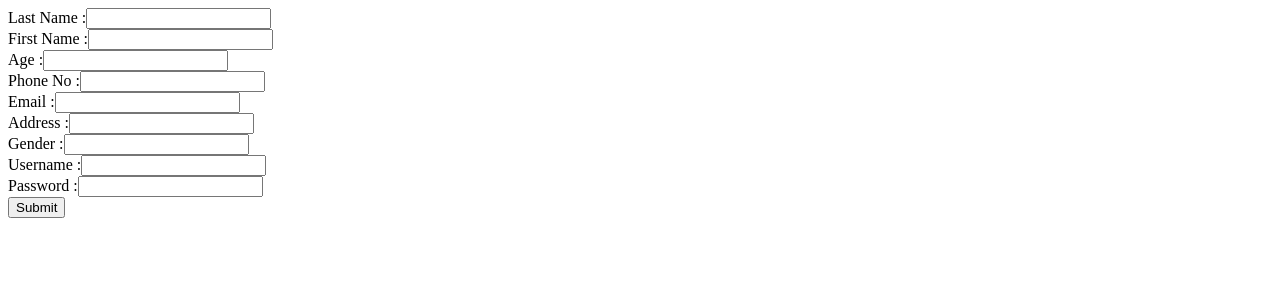
Repository: shivambhat45/Tour-Booking
Page: http://localhost/booking
An editor plug-in stored every save of this project. The page is shown before and after the next save, followed by the edit.
The browser window is 1280 px wide. The pictures show the whole page.
The page is this project's Thymeleaf template; nobody is signed in. The template is opened directly, without the code that normally fills it, so the values that code supplies are empty.

Above is the page before, as saved 2022-10-28 09:02:04.

After the next save:
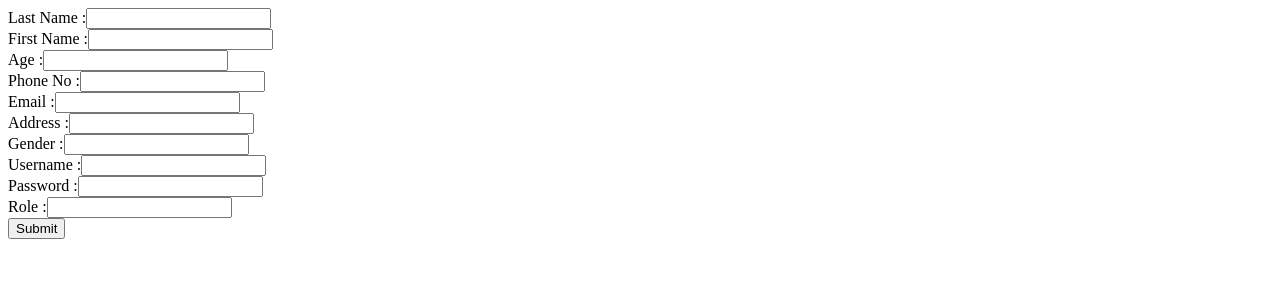
Saved 32 s later.
--- a/frontend-ui/src/main/resources/templates/booking.html
+++ b/frontend-ui/src/main/resources/templates/booking.html
@@ -16,6 +16,7 @@
 	<span>Gender :</span><input type="text" name="address" required><br/>
 	<span>Username :</span><input type="text" name="username" required><br/>
 	<span>Password :</span><input type="password" name="password" required><br/>
+	<span>Role :</span><input type="text" name="role" required><br/>
 	<input type="submit" value="Submit">
 	</form>
 
